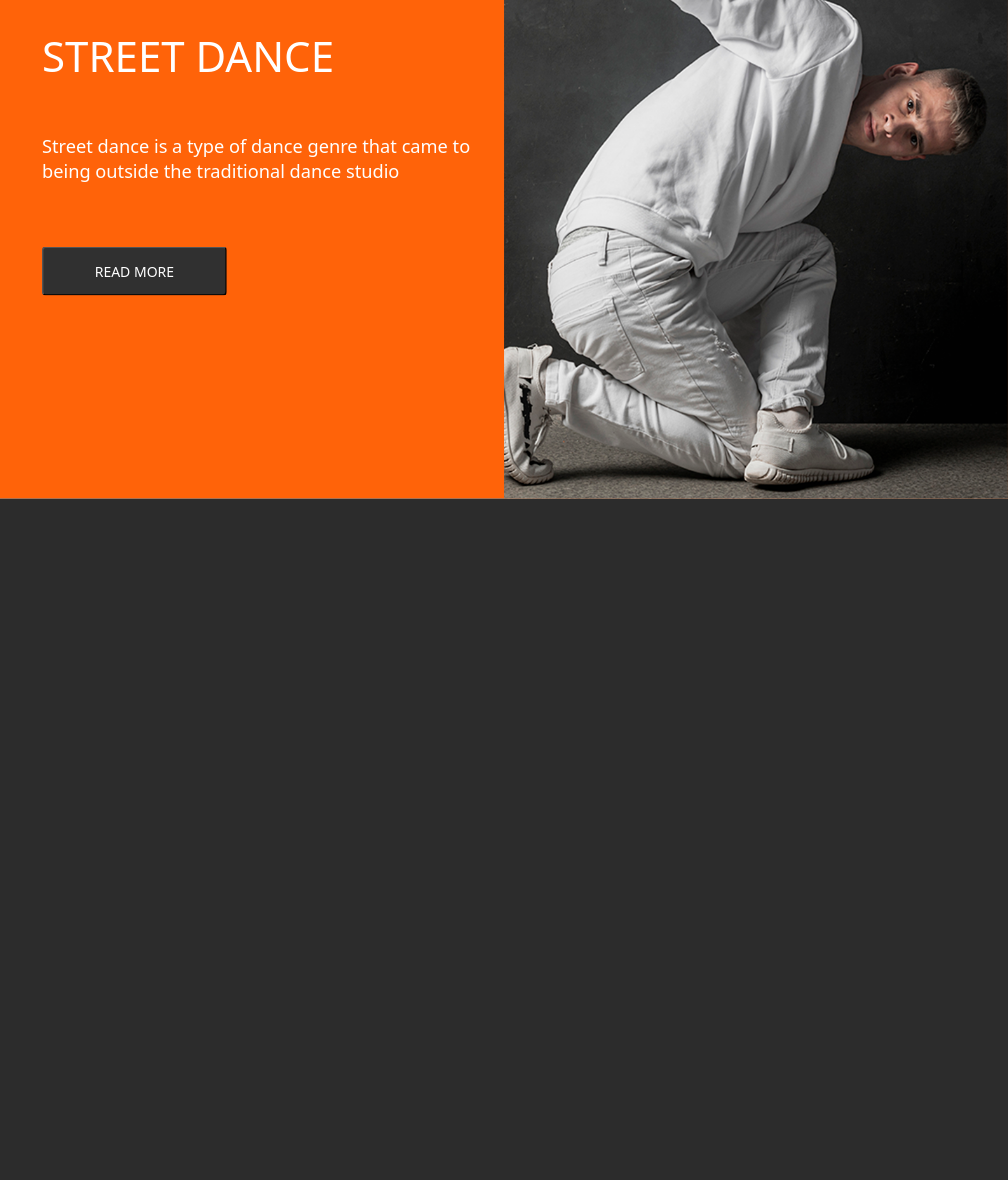
Repository: KinD2704/Web-University
Page: Bai30/index.html
An editor plug-in stored every save of this project. The page is shown before and after the next save, followed by the edit.
The browser window is 1280 px wide. The page is 1440 px wide, so the pictures cover 1440 px, including what lies to the right of the window. The pictures show the part of the page from y = 4045 to 5765 px (the page is 5732 px tall before and 5765 px after), at 70% of full size.

Above is the page before, as saved 2023-12-23 21:58:00.

### Bai30/index.html
<!DOCTYPE html>
<html lang="en">
    <head>
        <meta charset="UTF-8" />
        <meta name="viewport" content="width=device-width, initial-scale=1.0" />
        <title>les 30 percent</title>
        <link rel="stylesheet" href="css/global.css" />
        <link rel="stylesheet" href="css/styles.css" />
    </head>
    <body>
        <!-- Header -->
        <header>
            <div class="container">
                <div>
                    <img src="img/logo.png" alt="logo" class="logo1" />
                </div>
                <div>
                    <ul>
                        <li><a href="#!">HOME</a></li>
                        <li><a href="#!">PRODUCT</a></li>
                        <li><a href="#!">FEEDBACK</a></li>
                        <li><a href="#!">ABOUT</a></li>
                        <li><a href="#!">CONTACT</a></li>
                    </ul>
                </div>
                <div>
                    <img src="img/search.png" alt="search" class="search" />
                </div>
            </div>
        </header>

        <div class="banner1"></div>
        <div class="banner2">
            <div class="banner2__container">
                <div class="banner2__text banner2__text1">
                    <p>Dance Tour</p>
                </div>
                <div class="banner2__text banner2__text2">
                    <p>
                        Lorem ipsum dolor sit amet, consectetur adipiscing elit.
                        Vivamus lacinia odio vitae vestibulum vestibulum.
                    </p>
                </div>
                <div class="banner2__item">
                    <div class="banner2__item1">
                        <img src="img/item1.png" alt="" />
                        <p>AMERICA</p>
                        <p>
                            Lorem ipsum dolor sit amet, consectetur adipiscing
                            elit.
                        </p>
                    </div>
                    <div class="banner2__item1">
                        <img src="img/item2.png" alt="" />
                        <p>ASIA</p>
                        <p>
                            Lorem ipsum dolor sit amet, consectetur adipiscing
                            elit.
                        </p>
                    </div>
                    <div class="banner2__item1">
                        <img src="img/item3.png" alt="" />
                        <p>AUSTRALIA</p>
                        <p>
                            Lorem ipsum dolor sit amet, consectetur adipiscing
                            elit.
                        </p>
                    </div>
                </div>
            </div>
        </div>
        <div class="banner3">
            <div class="banner2__container">
                <div class="banner2__text banner2__text1">
                    <p>Dance Tour</p>
                </div>
                <div class="banner2__text banner2__text2">
                    <p>
                        Lorem ipsum dolor sit amet, consectetur adipiscing elit.
                        Vivamus lacinia odio vitae vestibulum vestibulum.
                    </p>
                </div>
                <div class="banner2__item">
                    <div class="banner3__item1">
                        <div class="imgBasic"><img src="img/basic.png" alt=""></div>
                        <p>basic</p>
                        <p>Lorem ipsum dolor sit amet, consectetur adipiscing elit</p>
                        <div class="bannerBtn"><button>$150.00</button></div>
                    </div>
                    <div class="banner3__item1">
                        <div class="imgBasic"><img src="img/basic.png" alt="" /></div>
                        <p>Professional</p>
                        <p>Lorem ipsum dolor sit amet, consectetur adipiscing elit</p>
                        <div class="bannerBtn"><button>$200.00</button></div>
                    </div>
                    <div class="banner3__item1">
                        <div class="imgBasic"><img src="img/basic.png" alt="" /></div>
                        <p>Ultimate</p>
                        <p>Lorem ipsum dolor sit amet, consectetur adipiscing elit</p>
                        <div class="bannerBtn"><button>$250.00</button></div>
                    </div>
                </div>
        </div>
        <div class="banner4">
            <div class="banner4__container">
                <div class="banner4__item1">
                    <img src="img/anh-banner4.png" alt="">
                </div>
                <div class="banner4__item2">
                    <p class="p1">BREAKING DANCE</p>
                    <p class="p2">the dancers who perform it. Breaking is popular in many places, but many people do not understand it </p>
                    <div class="bannerBtn"><button class="banner5-Btn">READ MORE</button></div>
                </div>

            </div>
        </div>
        <div class="banner5">
            <div class="banner5__container">
                <div class="banner5__item1">
                    <p class="p1">STREET DANCE</p>
                    <p class="p2">Street dance is a type of dance genre that came to being outside the traditional dance studio</p>
                    <div class="bannerBtn"><button class="banner5-Btn">READ MORE</button></div>
                </div>
                <div class="banner5__item2">
                    <img src="img/anh-banner5.png" alt="">
                </div>
            </div>
        </div>
        <div class="banner6"></div>
        <div class="banner7"></div>
        <div class="banner8"></div>
        <div class="banner9"></div>

        <!-- Footer -->
        <footer></footer>
    </body>
</html>

### Bai30/css/global.css
.h-974 {
    height: 974px;
}

### Bai30/css/styles.css
* {
    margin: 0;
    padding: 0;
    font-family: system-ui, -apple-system, BlinkMacSystemFont, "Segoe UI",
        Roboto, Oxygen, Ubuntu, Cantarell, "Open Sans", "Helvetica Neue",
        sans-serif;
    box-sizing: border-box;
}
body {
    width: 1440px;
    margin: 0 auto;
}
/* Header */
header {
    position: fixed;
    width: 1440px;
    height: 103px;
    background-color: #303030;
}
.container {
    display: flex;
    justify-content: space-around;
    line-height: 103px;
}
.container .search {
    font-size: 28px;
    margin-top: 40px;
}
.container .logo1 {
    margin-top: 20px;
}
header ul li {
    display: inline-block;
}
header ul li a {
    text-decoration: none;
    color: #ffffff;
    font-size: 20px;
    margin: 0 20px;
    transition: 0.5s;
}
header ul li:hover a {
    color: orange;
}
/* banner 1 */
.banner1 {
    background-image: url("../img/banner1.png");
    height: 796px;
    background-repeat: no-repeat;
    background-size: cover;
    z-index: 0;
}
/* banner 2 */
.banner2 {
    background-image: url("../img/banner2.png");
    /* height: 974px; */
}
.banner2__container {
    padding: 100px 0;
}
.banner2__container .banner2__text p {
    color: #ffffff;
}

.banner2__item {
    display: flex;
    justify-content: space-evenly;
}
.banner2__text1 p {
    font-size: 60px;
    text-align: center;
    text-transform: uppercase;
}
.banner2__text2 p {
    font-size: 26px;
    text-align: center;
    width: 892px;
    margin: 0 auto;
    margin-top: 70px;
    margin-bottom: 90px;
}
/* item */
.banner2__item1 {
    background-image: url("/img/background-item.png");
    width: 372px;
    height: 493px;
}

.banner2__item1 p {
    color: #ffffff;
    width: 372px;
}
.banner2__item1 p:first-of-type {
    display: block;
    font-size: 30px;
    text-align: center;
    margin-top: 45px;
}
.banner2__item1 p:last-of-type {
    display: block;
    font-size: 18px;
    text-align: center;
    margin-bottom: 40px;
    margin-top: 20px;
}

/* banner3 */
.banner3 {
    background-image: url("../img/banner3.png");
    height: 974px;
}
.banner3__item1 {
    color: white;
    background-image: url("../img/background-item-1.png");
    width: 372px;
    height: 493px;
}
.banner3__item1 .imgBasic {
    width: 372px;
    text-align: center;
    margin: 60px auto;
}
.banner3__item1 p:first-of-type {
    display: block;
    font-size: 30px;
    text-align: center;
    text-transform: uppercase;
    margin-bottom: 30px;
}
.banner3__item1 p:last-of-type {
    display: block;
    font-size: 18px;
    text-align: center;
    margin-bottom: 30px;
}
.banner3__item1 .bannerBtn {
    margin: 0 auto;
    width: 372px;
    text-align: center;
}
.banner3__item1 button,
.banner5-Btn {
    height: 70px;
    width: 80%;
    text-align: center;
    color: white;
    background-color: #303030;
    border-radius: 5px;
    font-size: 20px;
    transition: 0.5s;
}
.bannerBtn:hover button,
.bannerBtn:hover .banner5-Btn {
    background-color: gold;
    cursor: pointer;
    color: sienna;
}
/* Banner 4 */
.banner4 {
    background-image: url("../img/banner4.png");
    height: 974px;
}
.banner4__container,
.banner5__container {
    display: flex;
}
.banner4__item1,
.banner4__item2,
.banner5__item1,
.banner5__item2 {
    flex-basis: 50%;
}
.banner4__item1 img,
.banner5__item2 img {
    width: 100%;
    height: 974px;
    object-fit: cover;
}
.banner4__item2,
.banner5__item1 {
    color: white;
    padding-left: 60px;
}
/* Banner 5 */
.banner5 {
    background-image: url("../img/banner5.png");
    height: 974px;
}
.banner5-Btn {
    width: 40%;
    margin-bottom: 270px;
}
.p1 {
    font-size: 60px;
    text-transform: uppercase;
    margin-top: 300px;
}
.p2 {
    font-size: 26px;
    margin: 0 auto;
    margin-top: 70px;
    margin-bottom: 90px;
}
/* banner 6 */
.banner6 {
    background-image: url("../img/banner6.png");
    height: 974px;
}

After the next save:
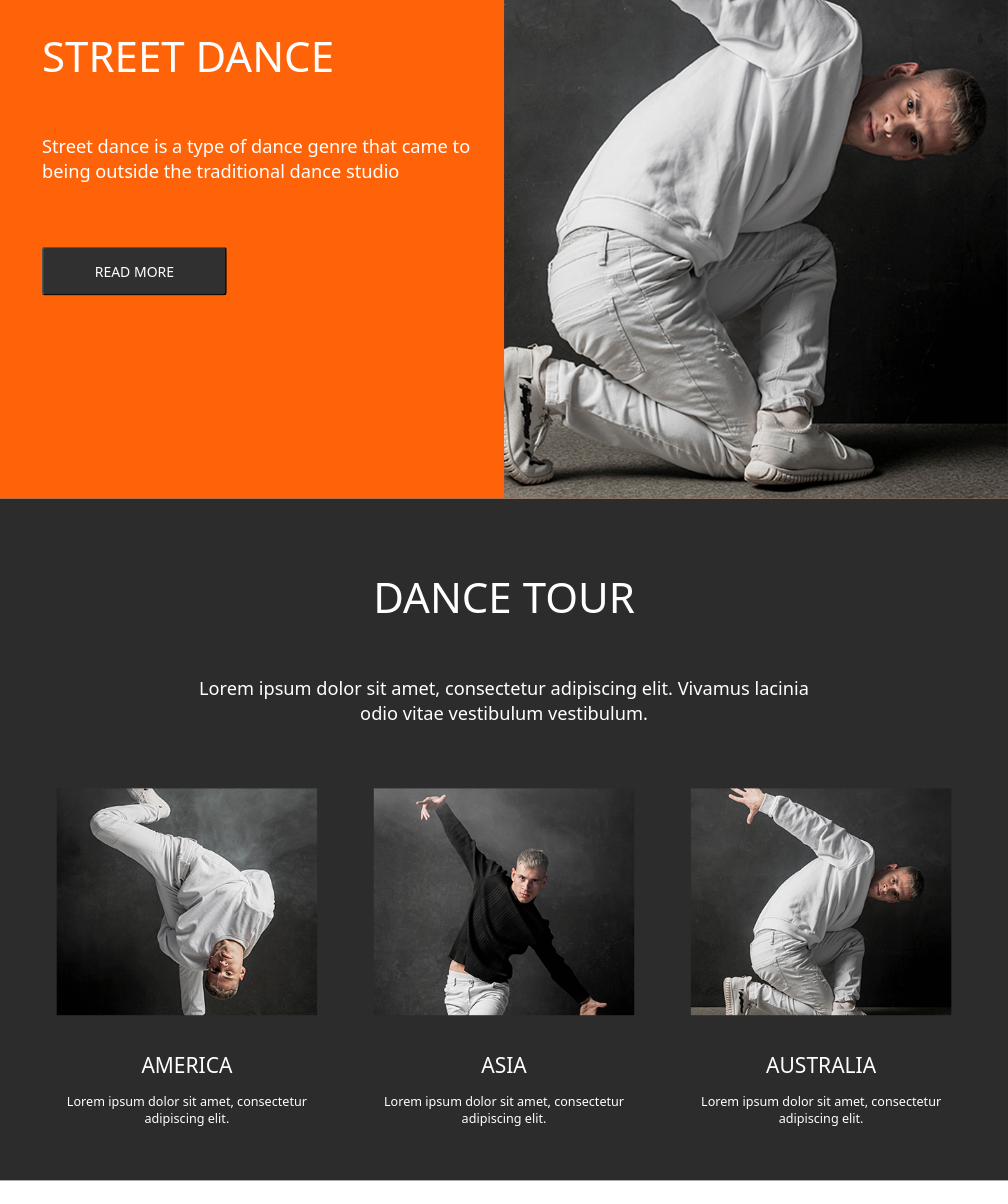
Saved 8 s later.
--- a/Bai30/index.html
+++ b/Bai30/index.html
@@ -126,7 +126,44 @@
                 </div>
             </div>
         </div>
-        <div class="banner6"></div>
+        <div class="banner6">
+            <div class="banner2__container">
+                <div class="banner2__text banner2__text1">
+                    <p>Dance Tour</p>
+                </div>
+                <div class="banner2__text banner2__text2">
+                    <p>
+                        Lorem ipsum dolor sit amet, consectetur adipiscing elit.
+                        Vivamus lacinia odio vitae vestibulum vestibulum.
+                    </p>
+                </div>
+                <div class="banner2__item">
+                    <div class="banner2__item1">
+                        <img src="img/item1.png" alt="" />
+                        <p>AMERICA</p>
+                        <p>
+                            Lorem ipsum dolor sit amet, consectetur adipiscing
+                            elit.
+                        </p>
+                    </div>
+                    <div class="banner2__item1">
+                        <img src="img/item2.png" alt="" />
+                        <p>ASIA</p>
+                        <p>
+                            Lorem ipsum dolor sit amet, consectetur adipiscing
+                            elit.
+                        </p>
+                    </div>
+                    <div class="banner2__item1">
+                        <img src="img/item3.png" alt="" />
+                        <p>AUSTRALIA</p>
+                        <p>
+                            Lorem ipsum dolor sit amet, consectetur adipiscing
+                            elit.
+                        </p>
+                    </div>
+                </div>
+        </div>
         <div class="banner7"></div>
         <div class="banner8"></div>
         <div class="banner9"></div>
